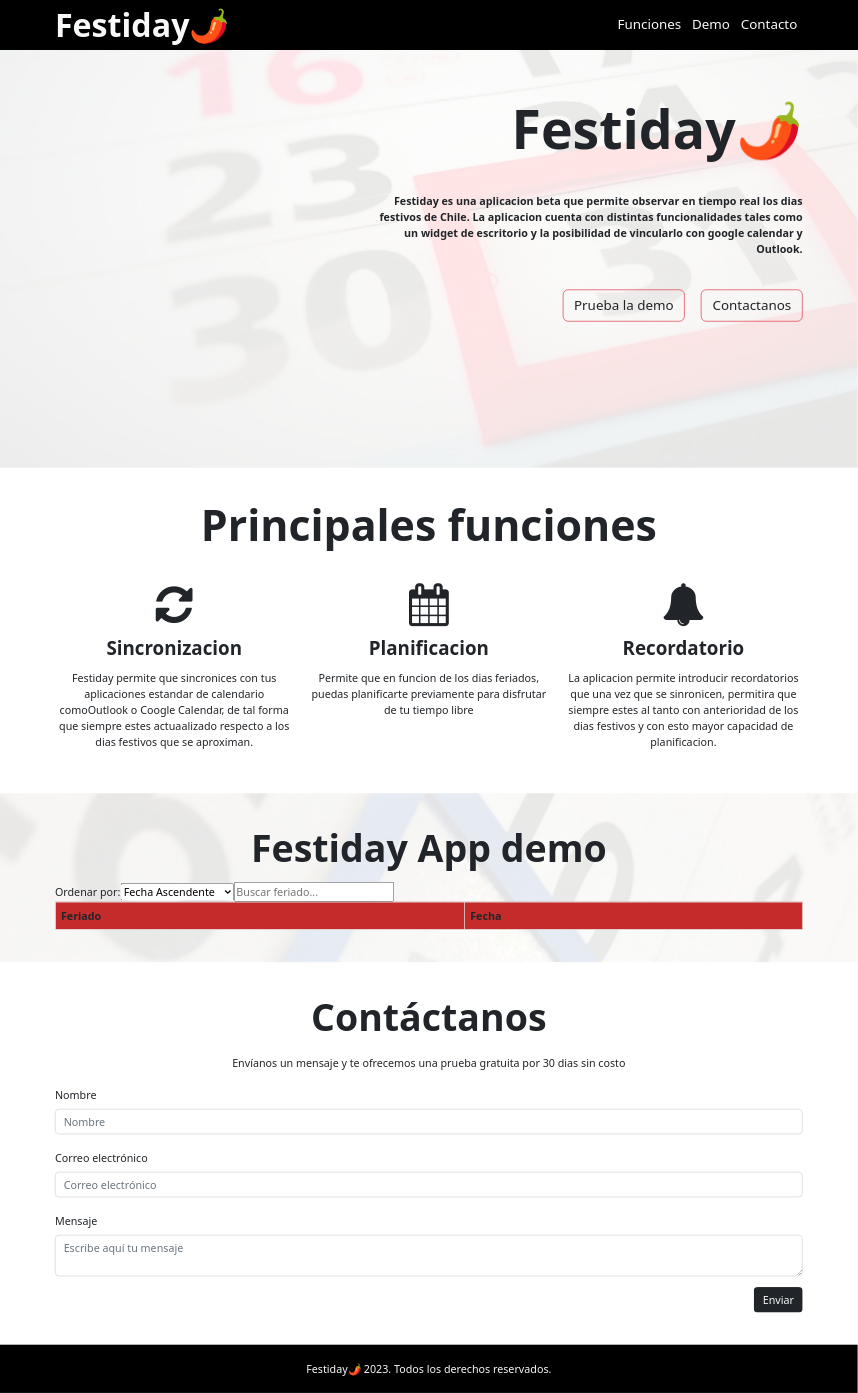
Repository: cvalenciapatagonia/Desafio-4-React-I
Page: /
These files come from the project's save history. The page is drawn as it stood at one moment and after the next save; the edit follows.
The browser window is 1280 px wide. The pictures show the whole page, at 67% of full size.
The page's requests for data from a server got no answer. The project was rebuilt for these pictures with package versions that can differ from the ones it lists, and the page was loaded fresh each time. No one was signed in, and anything a server would have sent is missing. Also part of the build but not shown: vite.config.js.

Above is the page before, as saved 2023-09-09 17:19:18.

After the next save:
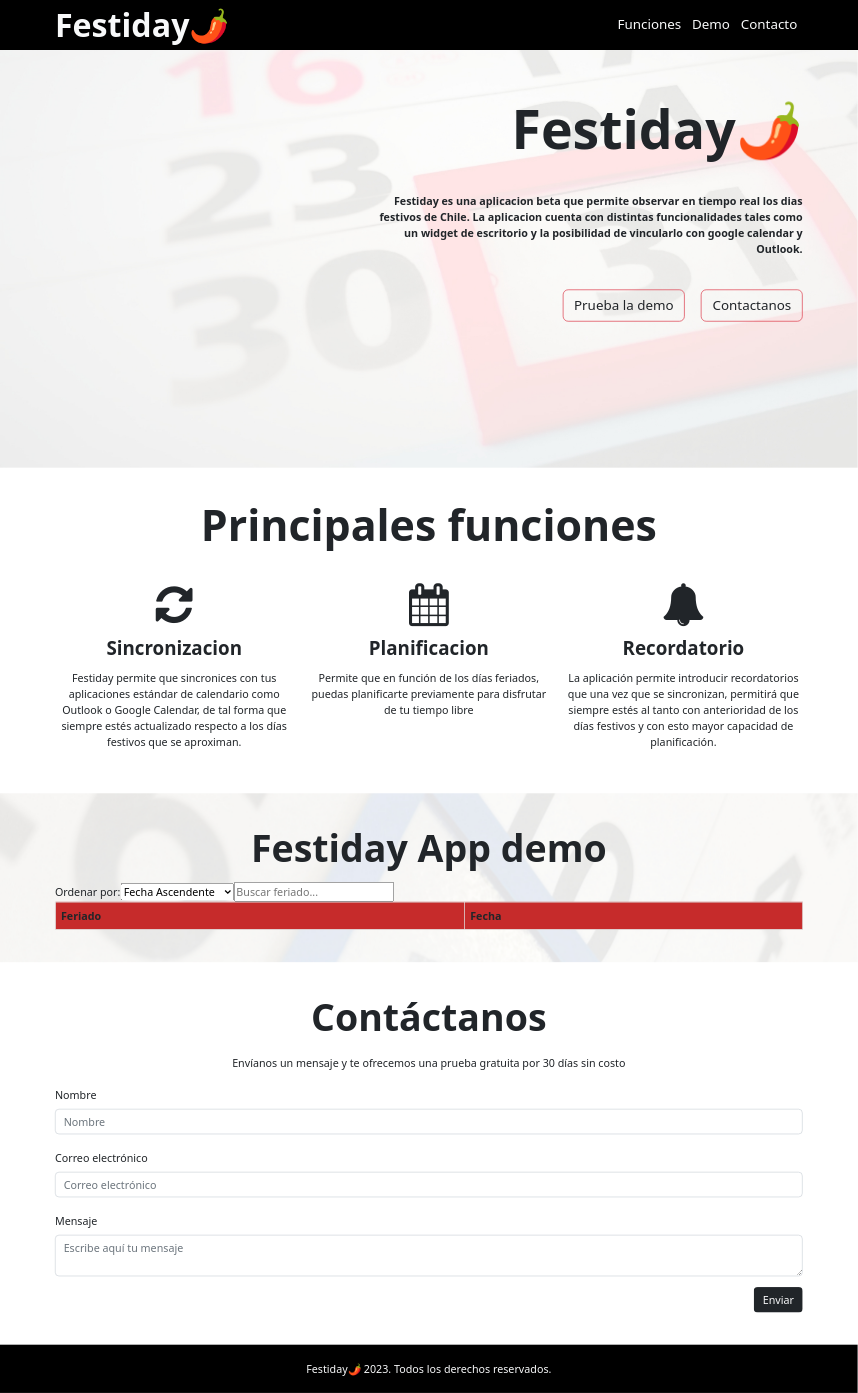
Saved 3 min 9 s later.
--- a/src/App.jsx
+++ b/src/App.jsx
@@ -1,22 +1,51 @@
-import React, { useState } from "react";
+import React, { useState, useEffect } from "react";
 import "font-awesome/css/font-awesome.css";
 import "bootstrap/dist/css/bootstrap.min.css";
 import MiApi from "./components/MiApi";
 import Buscador from "./components/Buscador";
 
 function App() {
-  const [sortOption, setSortOption] = useState("asc"); // Estado para almacenar la opción de ordenamiento
-  const [filteredHolidays, setFilteredHolidays] = useState([]); // Estado para almacenar los resultados filtrados
+  const [sortOption, setSortOption] = useState("asc");
+  const [searchText, setSearchText] = useState("");
+  const [holidays, setHolidays] = useState([]);
+  const [filteredHolidays, setFilteredHolidays] = useState([]);
+
+  const handleSearchChange = (e) => {
+    setSearchText(e.target.value);
+  };
+
+  const filterHolidays = () => {
+    const filtered = holidays.filter((holiday) =>
+      holiday.title.toLowerCase().includes(searchText.toLowerCase())
+    );
+    return filtered;
+  };
+
+  useEffect(() => {
+    fetch("https://api.victorsanmartin.com/feriados/en.json")
+      .then((response) => response.json())
+      .then((data) => {
+        if (data.status === "success") {
+          setHolidays(data.data);
+          setFilteredHolidays(data.data);
+        }
+      })
+      .catch((error) => {
+        console.error(
+          "Error al obtener datos de la API de feriados de Chile:",
+          error
+        );
+      });
+  }, []);
 
   return (
     <div className="App">
       <header>
-        {/* BARRA DE NAVEGACION */}
         <nav className="navbar navbar-expand-lg navbar-dark fixed-top navbar-custom">
           <div className="container">
             <p className="display-5 fw-bold text-light logo-img">
-              Festiday🌶️ {/* El signo agregado significa "cursando" */}
-            </p>{" "}
+              Festiday🌶️
+            </p>
             <button
               className="navbar-toggler"
               type="button"
@@ -57,14 +86,13 @@ function App() {
             </div>
           </div>
         </nav>
-        {/* Fin de la barra de navegación */}
       </header>
 
       <section id="Hero-Section" className="text-dark text-end py-5 mt-5">
         <div className="container">
           <div className="ms-auto col-12 col-md-7">
             <h1 className="display-1 fw-bold my-5">
-              Festiday🌶️ {/* El signo agregado significa "cursando" */}
+              Festiday🌶️
             </h1>
             <p className="my-5 fw-bold">
               Festiday es una aplicacion beta que permite observar en tiempo
@@ -90,7 +118,6 @@ function App() {
         </div>
       </section>
 
-      {/* FUNCIONES */}
       <section id="Function-container" className="">
         <div className="description-container container text-center my-5">
           <h2 className="display-3 fw-bold my-4 mb-5">Principales funciones</h2>
@@ -100,16 +127,16 @@ function App() {
               <i className="fa fa-refresh fa-4x"></i>
               <h3 className="my-3 fw-bold">Sincronizacion</h3>
               <p className="my-3">
-                Festiday permite que sincronices con tus aplicaciones estandar de
-                calendario comoOutlook o Coogle Calendar, de tal forma que siempre
-                estes actuaalizado respecto a los dias festivos que se aproximan.
+                Festiday permite que sincronices con tus aplicaciones estándar de
+                calendario como Outlook o Google Calendar, de tal forma que siempre
+                estés actualizado respecto a los días festivos que se aproximan.
               </p>
             </div>
             <div className="col-12 col-md-4">
               <i className="fa fa-calendar fa-4x"></i>
               <h3 className="my-3 fw-bold">Planificacion</h3>
               <p className="my-3">
-                Permite que en funcion de los dias feriados, puedas planificarte
+                Permite que en función de los días feriados, puedas planificarte
                 previamente para disfrutar de tu tiempo libre
               </p>
             </div>
@@ -117,17 +144,15 @@ function App() {
               <i className="fa fa-bell fa-4x"></i>
               <h3 className="my-3 fw-bold">Recordatorio</h3>
               <p className="my-3">
-                La aplicacion permite introducir recordatorios que una vez que se
-                sinronicen, permitira que siempre estes al tanto con anterioridad
-                de los dias festivos y con esto mayor capacidad de planificacion.
+                La aplicación permite introducir recordatorios que una vez que se
+                sincronizan, permitirá que siempre estés al tanto con anterioridad
+                de los días festivos y con esto mayor capacidad de planificación.
               </p>
             </div>
           </div>
         </div>
       </section>
-      {/* Fin de FUNCIONES */}
-
-      {/* APP DEMO */}
+
       <section id="app-demo" className="my-5 p-5">
         <div className="container">
           <h2 className="display-4 fw-bold text-center text-dark mb-3">
@@ -135,27 +160,27 @@ function App() {
           </h2>
           <Buscador
             onSortChange={setSortOption}
-            holidays={filteredHolidays} // Pasa los resultados filtrados
-            setFilteredHolidays={setFilteredHolidays} // Pasa la función para actualizar los resultados filtrados
+            searchText={searchText}
+            setSearchText={setSearchText}
+            holidays={holidays}
+            setFilteredHolidays={setFilteredHolidays}
           />
           <MiApi
             apiURL="https://api.victorsanmartin.com/feriados/en.json"
             sortOption={sortOption}
-            holidays={filteredHolidays} // Utiliza los resultados filtrados
+            holidays={filteredHolidays}
           />
 
           <div className="row"></div>
         </div>
       </section>
-      {/* Fin de APP DEMO */}
-
-      {/* CONTACTAME */}
+
       <section id="Contacto">
         <div className="form-container container my-5">
           <h2 className="display-4 fw-bold text-center my-4">Contáctanos</h2>
 
           <p className="text-center my-4 d-none d-md-block">
-            Envíanos un mensaje y te ofrecemos una prueba gratuita por 30 dias
+            Envíanos un mensaje y te ofrecemos una prueba gratuita por 30 días
             sin costo
           </p>
 
@@ -187,13 +212,10 @@ function App() {
           </form>
         </div>
       </section>
-      {/* Fin de CONTACTAME */}
-
-      {/* FOOTER */}
+
       <footer className="text-center text-light p-4">
         <p className="mb-0">Festiday🌶️ 2023. Todos los derechos reservados.</p>
       </footer>
-      {/* Fin de FOOTER */}
     </div>
   );
 }
